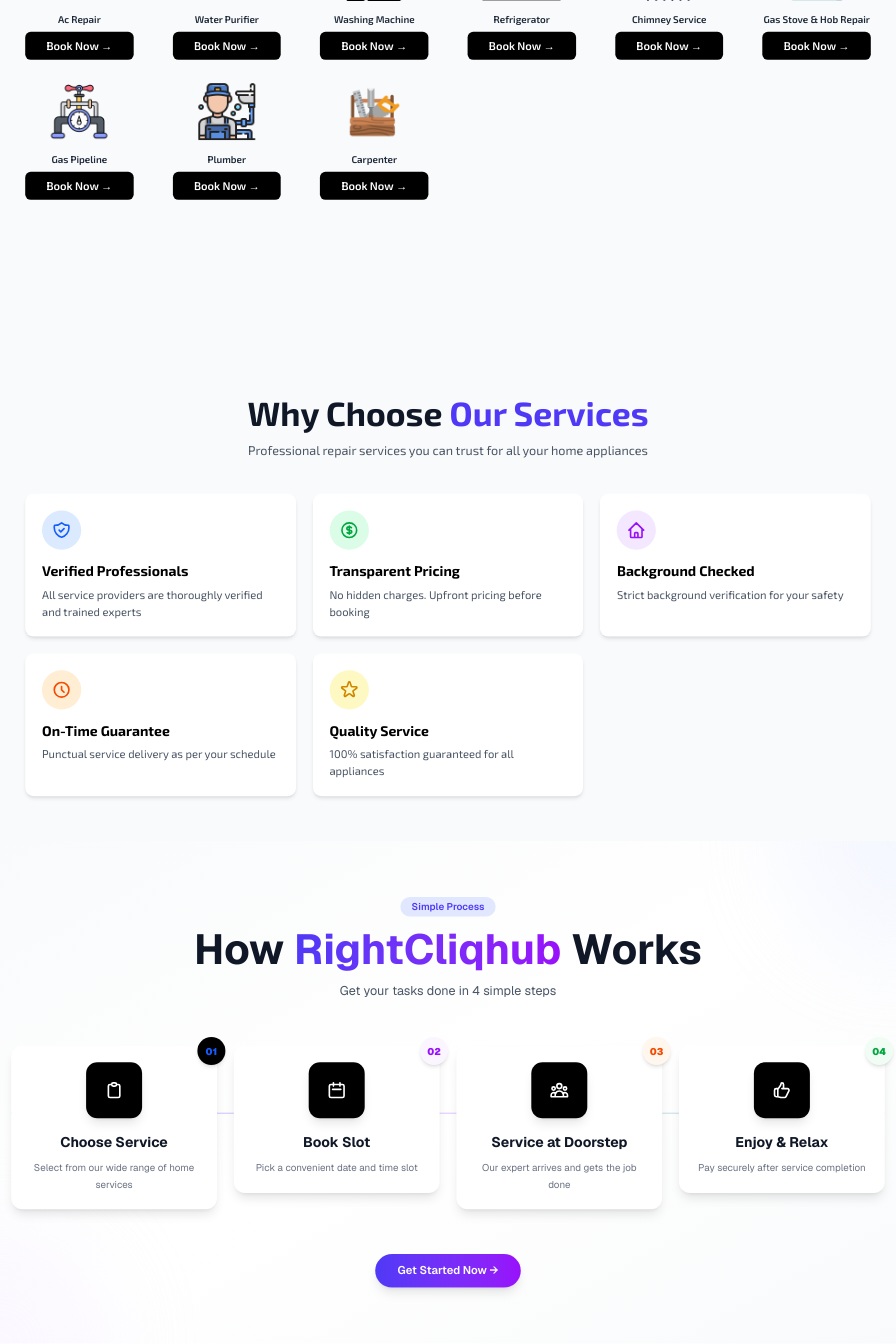
Repository: deepak445566/repai
Page: / (app in repair/)
These files come from the project's save history. The page is drawn as it stood at one moment and after the next save; the edit follows.
The browser window is 1280 px wide. The pictures show the part of the page from y = 938 to 2858 px (the page is 2858 px tall), at 70% of full size.
Pictures or frames that could not be fetched are drawn as grey boxes. The project was rebuilt for these pictures with package versions that can differ from the ones it lists, and the page was loaded fresh each time. The framework's server and built-in components were replaced by stand-ins that run in the browser. Also part of the build but not shown: repair/next.config.mjs.

Above is the page before, as saved 2026-04-15 14:45:22.

### repair/src/app/layout.js
import { Abril_Fatface, Exo_2, Geist, Geist_Mono } from "next/font/google";
import "./globals.css";

const geistSans = Geist({
  variable: "--font-geist-sans",
  subsets: ["latin"],
});

const geistMono = Geist_Mono({
  variable: "--font-geist-mono",
  subsets: ["latin"],
});
const abril = Abril_Fatface({
  weight: '400',
  subsets: ['latin'],
  variable: '--font-abril',
});

const exo = Exo_2({
  subsets: ['latin'],
  weight: ['400','600','700'],
  variable: '--font-exo',
});

export const metadata = {
  title: "Create Next App",
  description: "Generated by create next app",
};

export default function RootLayout({ children }) {
  return (
    <html
      lang="en"
      className={`${geistSans.variable} ${geistMono.variable} ${abril.variable} ${exo.variable} h-full antialiased`}
    >
      <body className="min-h-full flex flex-col">{children}</body>
    </html>
  );
}

### repair/src/app/page.js
import HeroPage from '@/components/heroPage'
import ServicesPage from '@/components/Service'
import WhyChooseUs from '@/components/whyChooseUs'
import HowItWorks from '@/components/work'
import React from 'react'

function page() {
  return (
   <>
   <HeroPage/>
   <ServicesPage/>
   <WhyChooseUs/>
   <HowItWorks/>
   </>
  )
}

export default page

### repair/src/app/globals.css
@import "tailwindcss";

:root {
  --background: #ffffff;
  --foreground: #171717;
}

@theme inline {
  --color-background: var(--background);
  --color-foreground: var(--foreground);
  --font-sans: var(--font-geist-sans);
  --font-mono: var(--font-geist-mono);
}

@media (prefers-color-scheme: dark) {
  :root {
    --background: #0a0a0a;
    --foreground: #ededed;
  }
}

body {
  background: var(--background);
  color: var(--foreground);
  font-family: var(--font-parkinsans);
}



.abril {
  font-family: var(--font-abril);
}

.exo {
  font-family: var(--font-exo);
}

### repair/src/components/heroPage.jsx
import Image from 'next/image';

export default function HeroPage() {
  return (
    <div className="min-h-screen bg-gradient-to-br from-white to-gray-50 flex items-center justify-center px-4 lg:px-12 py-12">
      <div className="max-w-7xl mx-auto w-full">
        <div className="flex flex-col lg:flex-row items-center gap-12 lg:gap-10">

          {/* Left Section - 60% Width */}
          <div className="w-full lg:w-[55%] text-center lg:text-left space-y-6">
            <div className="inline-block px-4 py-1.5 rounded-full bg-indigo-50 text-indigo-600 text-sm font-semibold tracking-wide">
              ✨ Welcome to the Future
            </div>

            <h1 className="text-4xl sm:text-5xl lg:text-6xl font-bold tracking-tight text-gray-900 leading-tight uppercase exo">
            Book Trusted Home
              <span className="text-indigo-600 block"> Services Near You</span>
            </h1>

            <p className="text-lg text-gray-600 max-w-xl mx-auto lg:mx-0 exo">
         Expert professionals for AC repair, cleaning, plumbing, appliances & more. Verified, insured, and guaranteed.
            </p>

            <div className="flex flex-col sm:flex-row gap-4 justify-center lg:justify-start pt-4">
              <button className="px-8 py-3 rounded-full bg-indigo-600 text-white font-semibold shadow-lg hover:bg-indigo-700 transition-all duration-200 transform hover:scale-105">
                Get Started →
              </button>
              <button className="px-8 py-3 rounded-full border-2 border-gray-300 text-gray-700 font-semibold hover:bg-gray-50 transition-all duration-200">
                Learn More
              </button>
            </div>
          </div>

          {/* Right Section - 40% Width */}
          <div className="w-full lg:w-[45%] flex justify-center lg:justify-end">
            <div className="relative w-full max-w-sm sm:max-w-md lg:max-w-lg">
              <div className="absolute inset-0 opacity-60 -z-10"></div>
              <div className="relative overflow-hidden">
                {/* Size control - Apni hisaab se change karo */}
                <div className="relative w-[350px] h-[400px] md:w-[400px] md:h-[400px] lg:w-[550px] lg:h-[550px] mx-auto ">
                  <Image
                    src="/images/image1.png"
                    alt="Hero Image"
                    fill
                    className="object-contain p-4"
                    priority
                  />
                </div>
              </div>
            </div>
          </div>
        </div>
      </div>
    </div>
  );
}

### repair/src/components/Service.jsx
'use client'

import Image from 'next/image';
import { useRouter } from 'next/navigation';

export default function ServicesPage() {
  const router = useRouter();

  const services = [
    { id: 1, title: "Ac Repair", image: "/images/acrepair.png" },
    { id: 2, title: "Water Purifier", image: "/images/waterrepair.png" },
    { id: 3, title: "Washing Machine", image: "/images/washrepair.png" },
    { id: 4, title: "Refrigerator", image: "/images/fridgerepair.png" },
    { id: 5, title: "Chimney Service", image: "/images/chimneyrepair.png" },
    { id: 6, title: "Gas Stove & Hob Repair", image: "/images/gasrepair.png" },
    { id: 7, title: "Gas Pipeline", image: "/images/piperepair.png" },
    { id: 8, title: "Plumber", image: "/images/plumberrepair.png" },
    { id: 9, title: "Carpenter", image: "/images/carrepair.png" },
  ];

  const handleBookNow = (serviceTitle) => {
    // Navigate to booking page with service name
    router.push(`/book?service=${encodeURIComponent(serviceTitle)}`);
  };

  return (
    <div className="min-h-screen bg-gray-50 py-12 px-4 exo">
      <div className="max-w-7xl mx-auto">

        <div className="text-center mb-8">
          <h2 className="text-3xl sm:text-5xl font-bold text-gray-900 mb-2">
            Most Used <span className="text-indigo-600">Services</span>
          </h2>
        </div>

        <div className="grid grid-cols-2 lg:grid-cols-6 gap-3 md:gap-4">
          {services.map((service) => (
            <div key={service.id} className="group cursor-pointer">
              {/* Image Section */}
              <div className="relative h-20 sm:h-22 md:h-25">
                <Image
                  src={service.image}
                  alt={service.title}
                  fill
                  className="object-contain p-2 transition-transform duration-500 group-hover:scale-110"
                />
              </div>

              {/* Title Section */}
              <div className="py-2 px-1 text-center">
                <h3 className="text-xs sm:text-sm font-semibold text-gray-800  ">
                  {service.title}
                </h3>
              </div>

              {/* Book Button */}
              <div className="px-5 pb-2">
                <button
                  onClick={() => handleBookNow(service.title)}
                  className="w-full bg-black text-white text-xm font-semibold py-2  rounded-lg "
                >
                  Book Now →
                </button>
              </div>
            </div>
          ))}
        </div>
      </div>
    </div>
  );
}

### repair/src/components/whyChooseUs.jsx
import Image from 'next/image';

export default function WhyChooseUs() {
  return (
    <div className="bg-gray-50 py-12 px-4 lg:px-9 sm:py-16 exo">
      <div className="max-w-7xl mx-auto">

        {/* Header with Image */}
        <div className="text-center mb-10 sm:mb-12">
          <h2 className="text-3xl sm:text-4xl lg:text-5xl font-bold text-gray-900 mb-3 sm:mb-4">
            Why Choose <span className="text-indigo-600">Our Services</span>
          </h2>
          <p className="text-gray-600 text-base sm:text-lg max-w-2xl mx-auto px-2">
            Professional repair services you can trust for all your home appliances
          </p>
        </div>

        {/* Features Grid - Mobile: 2 columns, Tablet/Desktop: 3 columns */}
        <div className="grid grid-cols-2 lg:grid-cols-3 gap-3 sm:gap-4 md:gap-6 text-black exo">
          {/* Feature 1 */}
          <div className="bg-white rounded-xl p-4 sm:p-5 md:p-6 shadow-md hover:shadow-xl transition-all">
            <div className="w-10 h-10 sm:w-12 sm:h-12 md:w-14 md:h-14 bg-blue-100 rounded-full flex items-center justify-center mb-3 sm:mb-4">
              <svg className="w-5 h-5 sm:w-6 sm:h-6 md:w-7 md:h-7 text-blue-600" fill="none" stroke="currentColor" viewBox="0 0 24 24">
                <path strokeLinecap="round" strokeLinejoin="round" strokeWidth={2} d="M9 12l2 2 4-4m5.618-4.016A11.955 11.955 0 0112 2.944a11.955 11.955 0 01-8.618 3.04A12.02 12.02 0 003 9c0 5.591 3.824 10.29 9 11.622 5.176-1.332 9-6.03 9-11.622 0-1.042-.133-2.052-.382-3.016z" />
              </svg>
            </div>
            <h3 className="text-base sm:text-lg md:text-xl font-bold mb-1 sm:mb-2">Verified Professionals</h3>
            <p className="text-gray-600 text-xs sm:text-sm md:text-base">All service providers are thoroughly verified and trained experts</p>
          </div>

          {/* Feature 2 */}
          <div className="bg-white rounded-xl p-4 sm:p-5 md:p-6 shadow-md hover:shadow-xl transition-all">
            <div className="w-10 h-10 sm:w-12 sm:h-12 md:w-14 md:h-14 bg-green-100 rounded-full flex items-center justify-center mb-3 sm:mb-4">
              <svg className="w-5 h-5 sm:w-6 sm:h-6 md:w-7 md:h-7 text-green-600" fill="none" stroke="currentColor" viewBox="0 0 24 24">
                <path strokeLinecap="round" strokeLinejoin="round" strokeWidth={2} d="M12 8c-1.657 0-3 .895-3 2s1.343 2 3 2 3 .895 3 2-1.343 2-3 2m0-8c1.11 0 2.08.402 2.599 1M12 8V7m0 1v8m0 0v1m0-1c-1.11 0-2.08-.402-2.599-1M21 12a9 9 0 11-18 0 9 9 0 0118 0z" />
              </svg>
            </div>
            <h3 className="text-base sm:text-lg md:text-xl font-bold mb-1 sm:mb-2">Transparent Pricing</h3>
            <p className="text-gray-600 text-xs sm:text-sm md:text-base">No hidden charges. Upfront pricing before booking</p>
          </div>

          {/* Feature 3 */}
          <div className="bg-white rounded-xl p-4 sm:p-5 md:p-6 shadow-md hover:shadow-xl transition-all">
            <div className="w-10 h-10 sm:w-12 sm:h-12 md:w-14 md:h-14 bg-purple-100 rounded-full flex items-center justify-center mb-3 sm:mb-4">
              <svg className="w-5 h-5 sm:w-6 sm:h-6 md:w-7 md:h-7 text-purple-600" fill="none" stroke="currentColor" viewBox="0 0 24 24">
                <path strokeLinecap="round" strokeLinejoin="round" strokeWidth={2} d="M3 12l2-2m0 0l7-7 7 7M5 10v10a1 1 0 001 1h3m10-11l2 2m-2-2v10a1 1 0 01-1 1h-3m-6 0a1 1 0 001-1v-4a1 1 0 011-1h2a1 1 0 011 1v4a1 1 0 001 1m-6 0h6" />
              </svg>
            </div>
            <h3 className="text-base sm:text-lg md:text-xl font-bold mb-1 sm:mb-2">Background Checked</h3>
            <p className="text-gray-600 text-xs sm:text-sm md:text-base">Strict background verification for your safety</p>
          </div>

          {/* Feature 4 */}
          <div className="bg-white rounded-xl p-4 sm:p-5 md:p-6 shadow-md hover:shadow-xl transition-all">
            <div className="w-10 h-10 sm:w-12 sm:h-12 md:w-14 md:h-14 bg-orange-100 rounded-full flex items-center justify-center mb-3 sm:mb-4">
              <svg className="w-5 h-5 sm:w-6 sm:h-6 md:w-7 md:h-7 text-orange-600" fill="none" stroke="currentColor" viewBox="0 0 24 24">
                <path strokeLinecap="round" strokeLinejoin="round" strokeWidth={2} d="M12 8v4l3 3m6-3a9 9 0 11-18 0 9 9 0 0118 0z" />
              </svg>
            </div>
            <h3 className="text-base sm:text-lg md:text-xl font-bold mb-1 sm:mb-2">On-Time Guarantee</h3>
            <p className="text-gray-600 text-xs sm:text-sm md:text-base">Punctual service delivery as per your schedule</p>
          </div>

          {/* Feature 5 */}
          <div className="bg-white rounded-xl p-4 sm:p-5 md:p-6 shadow-md hover:shadow-xl transition-all">
            <div className="w-10 h-10 sm:w-12 sm:h-12 md:w-14 md:h-14 bg-yellow-100 rounded-full flex items-center justify-center mb-3 sm:mb-4">
              <svg className="w-5 h-5 sm:w-6 sm:h-6 md:w-7 md:h-7 text-yellow-600" fill="none" stroke="currentColor" viewBox="0 0 24 24">
                <path strokeLinecap="round" strokeLinejoin="round" strokeWidth={2} d="M11.049 2.927c.3-.921 1.603-.921 1.902 0l1.519 4.674a1 1 0 00.95.69h4.915c.969 0 1.371 1.24.588 1.81l-3.976 2.888a1 1 0 00-.363 1.118l1.518 4.674c.3.922-.755 1.688-1.538 1.118l-3.976-2.888a1 1 0 00-1.176 0l-3.976 2.888c-.783.57-1.838-.197-1.538-1.118l1.518-4.674a1 1 0 00-.363-1.118l-3.976-2.888c-.784-.57-.38-1.81.588-1.81h4.914a1 1 0 00.951-.69l1.519-4.674z" />
              </svg>
            </div>
            <h3 className="text-base sm:text-lg md:text-xl font-bold mb-1 sm:mb-2">Quality Service</h3>
            <p className="text-gray-600 text-xs sm:text-sm md:text-base">100% satisfaction guaranteed for all appliances</p>
          </div>

        </div>
      </div>
    </div>
  );
}

### repair/src/components/work.jsx
'use client'
import Image from 'next/image';
import { useState, useEffect } from 'react';

export default function HowItWorks() {
  const [visibleSteps, setVisibleSteps] = useState([false, false, false, false]);

  useEffect(() => {
    const timers = steps.map((_, i) => {
      return setTimeout(() => {
        setVisibleSteps(prev => {
          const newState = [...prev];
          newState[i] = true;
          return newState;
        });
      }, i * 200);
    });
    return () => timers.forEach(timer => clearTimeout(timer));
  }, []);

  const steps = [
    {
      number: "01",
      title: "Choose Service",
      description: "Select from our wide range of home services",
      color: "blue",
      icon: (
        <svg className="w-6 h-6 sm:w-7 sm:h-7" fill="none" stroke="currentColor" viewBox="0 0 24 24">
          <path strokeLinecap="round" strokeLinejoin="round" strokeWidth={2} d="M9 5H7a2 2 0 00-2 2v12a2 2 0 002 2h10a2 2 0 002-2V7a2 2 0 00-2-2h-2M9 5a2 2 0 002 2h2a2 2 0 002-2M9 5a2 2 0 012-2h2a2 2 0 012 2" />
        </svg>
      )
    },
    {
      number: "02",
      title: "Book Slot",
      description: "Pick a convenient date and time slot",
      color: "purple",
      icon: (
        <svg className="w-6 h-6 sm:w-7 sm:h-7" fill="none" stroke="currentColor" viewBox="0 0 24 24">
          <path strokeLinecap="round" strokeLinejoin="round" strokeWidth={2} d="M8 7V3m8 4V3m-9 8h10M5 21h14a2 2 0 002-2V7a2 2 0 00-2-2H5a2 2 0 00-2 2v12a2 2 0 002 2z" />
        </svg>
      )
    },
    {
      number: "03",
      title: "Service at Doorstep",
      description: "Our expert arrives and gets the job done",
      color: "orange",
      icon: (
        <svg className="w-6 h-6 sm:w-7 sm:h-7" fill="none" stroke="currentColor" viewBox="0 0 24 24">
          <path strokeLinecap="round" strokeLinejoin="round" strokeWidth={2} d="M17 20h5v-2a3 3 0 00-5.356-1.857M17 20H7m10 0v-2c0-.656-.126-1.283-.356-1.857M7 20H2v-2a3 3 0 015.356-1.857M7 20v-2c0-.656.126-1.283.356-1.857m0 0a5.002 5.002 0 019.288 0M15 7a3 3 0 11-6 0 3 3 0 016 0zm6 3a2 2 0 11-4 0 2 2 0 014 0zM7 10a2 2 0 11-4 0 2 2 0 014 0z" />
        </svg>
      )
    },
    {
      number: "04",
      title: "Enjoy & Relax",
      description: "Pay securely after service completion",
      color: "green",
      icon: (
        <svg className="w-6 h-6 sm:w-7 sm:h-7" fill="none" stroke="currentColor" viewBox="0 0 24 24">
          <path strokeLinecap="round" strokeLinejoin="round" strokeWidth={2} d="M14 10h4.764a2 2 0 011.789 2.894l-3.5 7A2 2 0 0115.263 21h-4.017c-.163 0-.326-.02-.485-.06L7 20m7-10V5a2 2 0 00-2-2h-.095c-.5 0-.905.405-.905.905 0 .714-.211 1.412-.608 2.006L7 11v9m7-10h-2M7 20H5a2 2 0 01-2-2v-6a2 2 0 012-2h2.5" />
        </svg>
      )
    }
  ];


  const bgColors = {
    blue: "bg-black group-hover:bg-blue-100",
    purple: "bg-purple-50 group-hover:bg-purple-100",
    orange: "bg-orange-50 group-hover:bg-orange-100",
    green: "bg-green-50 group-hover:bg-green-100"
  };

  const textColors = {
    blue: "text-blue-600",
    purple: "text-purple-600",
    orange: "text-orange-600",
    green: "text-green-600"
  };

  return (
    <div className="bg-gradient-to-br from-gray-50 via-white to-gray-50 py-12 sm:py-16 md:py-20 px-4 relative overflow-hidden">
      {/* Background Decoration - Responsive */}
      <div className="absolute inset-0 overflow-hidden">
        <div className="absolute -top-40 -right-40 w-60 h-60 sm:w-80 sm:h-80 bg-indigo-100 rounded-full opacity-30 blur-3xl"></div>
        <div className="absolute -bottom-40 -left-40 w-60 h-60 sm:w-80 sm:h-80 bg-purple-100 rounded-full opacity-30 blur-3xl"></div>
      </div>

      <div className="max-w-7xl mx-auto relative z-10">

        {/* Creative Header - Responsive */}
        <div className="text-center mb-10 sm:mb-12 md:mb-16">
          <div className="inline-block mb-3 sm:mb-4">
            <div className="bg-indigo-100 text-indigo-600 px-3 py-1 sm:px-4 sm:py-1 rounded-full text-xs sm:text-sm font-semibold">
              Simple Process
            </div>
          </div>
          <h2 className="text-2xl sm:text-4xl md:text-5xl lg:text-6xl font-bold text-gray-900 mb-2 sm:mb-4">
            How <span className="bg-gradient-to-r from-indigo-600 to-purple-600 bg-clip-text text-transparent">RightCliqhub</span> Works
          </h2>
          <p className="text-gray-600 text-sm sm:text-base md:text-lg max-w-2xl mx-auto px-2">
            Get your tasks done in 4 simple steps
          </p>
        </div>

        {/* Steps Grid - Fully Responsive */}
        <div className="relative">
          {/* Connecting Lines - Hidden on mobile & tablet, show on desktop */}
          <div className="hidden lg:block absolute top-24 left-0 right-0 h-0.5 bg-gradient-to-r from-indigo-200 via-purple-200 to-green-200">
            <div className="absolute top-1/2 -translate-y-1/2 w-2 h-2 sm:w-3 sm:h-3 bg-indigo-500 rounded-full left-[12.5%]"></div>
            <div className="absolute top-1/2 -translate-y-1/2 w-2 h-2 sm:w-3 sm:h-3 bg-purple-500 rounded-full left-[37.5%]"></div>
            <div className="absolute top-1/2 -translate-y-1/2 w-2 h-2 sm:w-3 sm:h-3 bg-orange-500 rounded-full left-[62.5%]"></div>
          </div>

          {/* Grid - Mobile: 2 columns, Tablet: 2 columns, Desktop: 4 columns */}
          <div className="grid grid-cols-2 lg:grid-cols-4 gap-3 sm:gap-4 md:gap-5 lg:gap-6">
            {steps.map((step, index) => (
              <div
                key={index}
                className={`group relative transition-all duration-700 transform ${
                  visibleSteps[index] ? 'translate-y-0 opacity-100' : 'translate-y-10 opacity-0'
                }`}
              >
                {/* Card - Responsive padding */}
                <div className="relative bg-white rounded-xl sm:rounded-2xl p-4 sm:p-5 md:p-6 text-center shadow-md sm:shadow-lg hover:shadow-xl transition-all duration-300 hover:-translate-y-2">

                  {/* Icon Circle - Responsive sizes */}
                  <div className={`relative w-14 h-14 sm:w-16 sm:h-16 md:w-20 md:h-20 mx-auto mb-3 sm:mb-4 md:mb-5 bg-black rounded-xl sm:rounded-2xl flex items-center justify-center shadow-md sm:shadow-lg transform rotate-0 group-hover:rotate-12 transition-all duration-300`}>
                    <div className="text-white">
                      {step.icon}
                    </div>

                  </div>

                  {/* Step Number Badge - Responsive */}
                  <div className={`absolute -top-2 -right-2 sm:-top-3 sm:-right-3 w-7 h-7 sm:w-8 sm:h-8 md:w-10 md:h-10 ${bgColors[step.color]} rounded-full flex items-center justify-center shadow-md`}>
                    <span className={`text-xs sm:text-sm font-black ${textColors[step.color]}`}>{step.number}</span>
                  </div>

                  {/* Title - Responsive text */}
                  <h3 className={`text-sm sm:text-base md:text-lg lg:text-xl font-bold text-gray-900 mb-1 sm:mb-2 md:mb-3 transition-colors ${
                    step.title === "Service at Doorstep" ? "text-xs sm:text-sm md:text-base lg:text-lg" : ""
                  }`}>
                    {step.title}
                  </h3>

                  {/* Description - Responsive text */}
                  <p className="text-gray-500 text-xs sm:text-sm leading-relaxed">
                    {step.description}
                  </p>

                  {/* Bottom Decoration */}
                  <div className="absolute bottom-0 left-1/2 transform -translate-x-1/2 w-8 sm:w-10 md:w-12 h-0.5 bg-gradient-to-r from-transparent via-indigo-300 to-transparent opacity-0 group-hover:opacity-100 transition-opacity duration-300"></div>
                </div>
              </div>
            ))}
          </div>
        </div>

        {/* CTA Button - Responsive */}
        <div className="text-center mt-10 sm:mt-12 md:mt-16">
          <button className="bg-gradient-to-r from-indigo-600 to-purple-600 text-white px-6 sm:px-8 py-2.5 sm:py-3 rounded-full font-semibold text-sm sm:text-base shadow-lg hover:shadow-xl transform hover:-translate-y-1 transition-all duration-300">
            Get Started Now →
          </button>
        </div>
      </div>
    </div>
  );
}

After the next save:
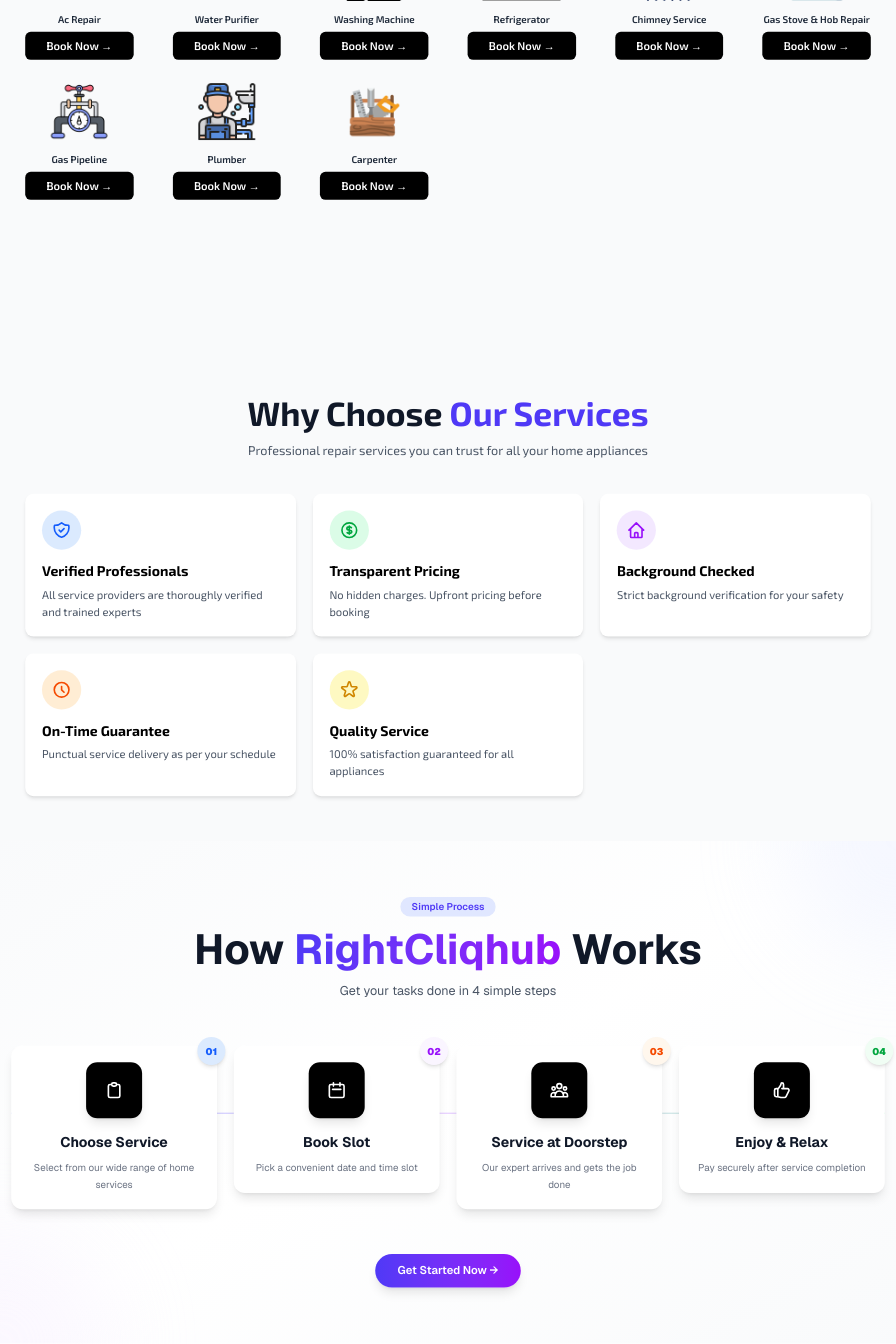
Saved 11 s later.
--- a/repair/src/components/work.jsx
+++ b/repair/src/components/work.jsx
@@ -67,7 +67,7 @@
 
 
   const bgColors = {
-    blue: "bg-black group-hover:bg-blue-100",
+    blue: "bg-blue-100 group-hover:bg-blue-100",
     purple: "bg-purple-50 group-hover:bg-purple-100",
     orange: "bg-orange-50 group-hover:bg-orange-100",
     green: "bg-green-50 group-hover:bg-green-100"
